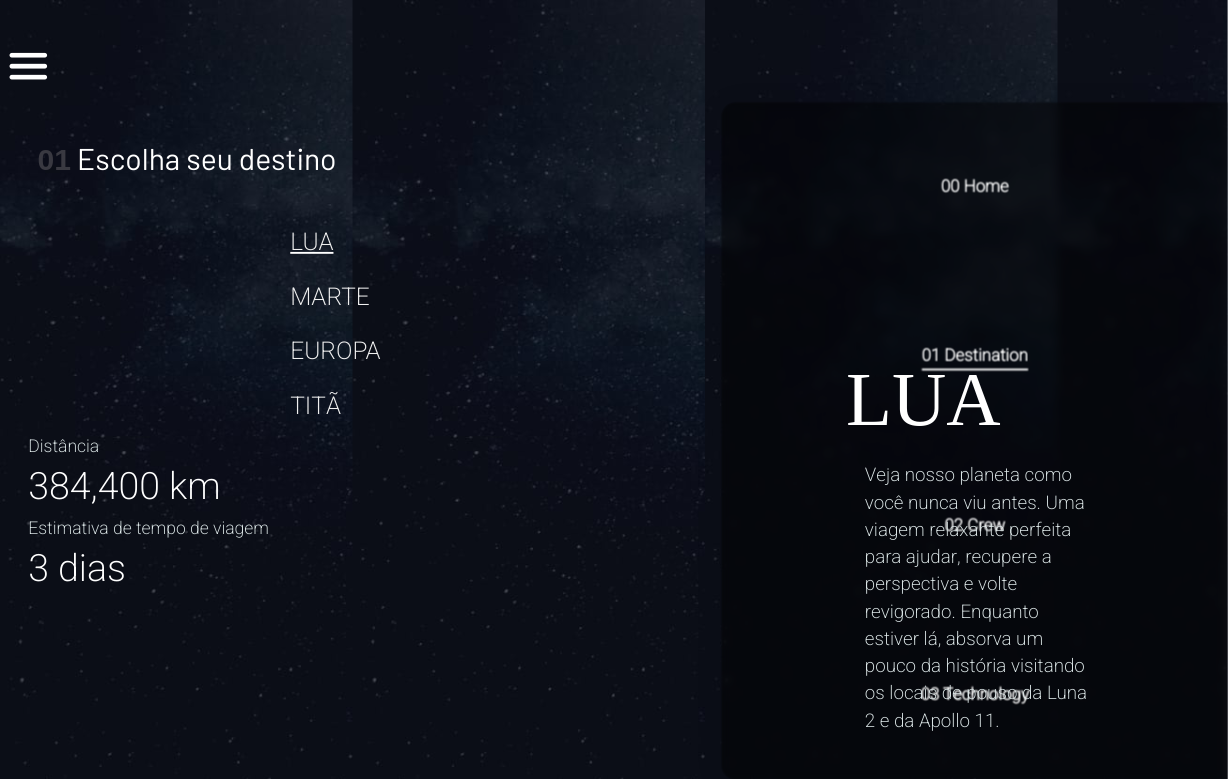
Repository: Leonngc/space-site
Page: space-tourism-website-main/space-tourism-website-main/starter-code/destination-moon.html
The author's editor kept a copy of each file at every save. The page is drawn from the files as they stood at one save, then again after the next save.
The browser window is 768 px wide. The page is 1306 px wide, so the pictures cover 1306 px, including what lies to the right of the window. The pictures show the whole page, at 94% of full size.
Some web libraries are served in a nearby version.

Above is the page before, as saved 2023-04-30 01:37:22.

### space-tourism-website-main/space-tourism-website-main/starter-code/destination-moon.html
<!DOCTYPE html>
<html lang="en">
<head>
  <meta charset="UTF-8">
  <meta name="viewport" content="width=device-width, initial-scale=1.0">

  <link rel="icon" type="image/png" sizes="32x32" href="./assets/favicon-32x32.png">
  <link rel='stylesheet' href='https://cdn-uicons.flaticon.com/uicons-bold-rounded/css/uicons-bold-rounded.css'>
  <link rel="stylesheet" href="styles/menu.css">
  <link rel="stylesheet" href="styles/destination.css">
  <script src="script/menu.js" defer></script>
  <title>Frontend Mentor | Space tourism website</title>
</head>
<body>

  <header>
    <img src="assets/shared/logo.svg" alt="" class="logo">

    <div class="line"></div>
    <nav>
      <button class="menu-button"><i class="fi fi-br-menu-burger"></i></button>
      <ul class="menu">
      <li class="item-menu"><a href="#">00 Home</a></li>
      <li class="item-menu page-active"><a href="#">01 Destination</a></li>
      <li class="item-menu"><a href="#">02 Crew</a></li>
      <li class="item-menu"><a href="#">03 Technology</a></li>
      </ul>
    </nav>

  </header>

<main>

    <h1><strong>01</strong> Escolha seu destino</h1>

    <ul class="nav-travel">
      <li class="travel-destiny page-active"><a href="">Lua</a></li>
      <li class="travel-destiny"><a href="">Marte</a></li>
      <li class="travel-destiny"><a href="">Europa</a></li>
      <li class="travel-destiny"><a href="">Titã</a></li>
    </ul>

    <div class="destination-container">
      <img src="assets/destination/image-moon.png" alt="">
      <div class="destination-info">
        <h2>Lua</h2>
        <p>
          Veja nosso planeta como você nunca viu antes. Uma viagem relaxante perfeita para ajudar,
          recupere a perspectiva e volte revigorado. Enquanto estiver lá, absorva um pouco da história
          visitando os locais de pouso da Luna 2 e da Apollo 11.
        </p>
      </div>
    </div>
   <div class="travel-container">
     <div class="info-travel">
       <h3>Distância</h3>
        <span>384,400 km</span>
     </div>

      <div class="info-travel">
        <h3>Estimativa de tempo de viagem</h3>
        <span>3 dias</span>
      </div>
   </div>

</main>
</body>
</html>

### space-tourism-website-main/space-tourism-website-main/starter-code/styles/menu.css
@import url('https://fonts.googleapis.com/css2?family=Heebo:wght@200&display=swap');

*{
    padding: 0;
    margin: 0;
}

body{
    overflow-x: hidden;
}

header{
    display: flex;
    justify-content: space-between;
}

.menu{
    margin-top: 20px;
    display: flex;
    width: 40vw ;
    height: 12vh;
    position: relative;
    list-style: none;
    background: rgba(255, 255, 255, 0.21);
    background: rgba(255, 255, 255, 0.08);
    box-shadow: 0 4px 30px rgba(0, 0, 0, 0.1);
    backdrop-filter: blur(5px);
    -webkit-backdrop-filter: blur(5px);
}

.item-menu{
    margin: auto;
}

.item-menu a{
    text-decoration: none;
    font-family: 'Heebo', sans-serif;
    color: white;
}


.line{
    background-color:  rgba(255, 255, 255, 0.21);

    height: 2px;
    width: 1110px;
    margin-top: 68px;
    margin-left: 30px;
}

.logo{
    margin-top: 30px;
    margin-left: 20px;
    width: 40px;
    height: 40px;
    padding: 20px;
}

.page-active{
    border-bottom: 2px solid white;
}

ul li > a:hover{
    font-size: 18px;
    transition: 2s;
}

.menu-button{
    display: none;
}



@media screen and (max-width: 990px){
    .line{
        display: none;
    }


    .menu{
        position: absolute;
        right: 0;
        width: 70vw;
        height: 90vh;
        display: flex;
        margin: 0;
        border-top-left-radius: 15px;
        border-bottom-left-radius: 15px;
        transform: translateX(100%);
        transition: transform 0.6s ease-in;
        background: rgba(255, 255, 255, 0.346);
        background: rgba(0, 0, 0, 0.47);
        box-shadow: 0 4px 30px rgba(0, 0, 0, 0.1);
        backdrop-filter: blur(5px);
        -webkit-backdrop-filter: blur(5px);
    }

    ul{
        flex-direction: column;
    }


    .menu li{
       color: white;
       font-size: 18px;
       font-weight: bold;
    }

    .menu-button{
        display: block;
        font-size: 40px;
        color: white;
        background: none;
        border: none;
        padding: 10px;
        margin-top: 40px;
    }

    ul.active{
        transform: translateX(0);
    }
}

### space-tourism-website-main/space-tourism-website-main/starter-code/styles/destination.css
@import url('https://fonts.googleapis.com/css2?family=Barlow&display=swap');
@import url('https://fonts.googleapis.com/css2?family=Heebo:wght@200&display=swap');
/*  font-family: 'Barlow', sans-serif;
    font-family: 'Heebo', sans-serif;
*/

:root{
    --title-font: 'Barlow';
    --paragraph-font: 'Heebo';
}

*{
    padding: 0;
    margin: 0;
}

body{
    max-width: 100vw;
    background-image: url(../assets/destination/background-destination-desktop.jpg);
}

main{
    color: white;
}

h1{
    font-family: var(--title-font);
    padding: 40px;
    font-weight: 100;
}

strong{
    color: #393941;
    font-family: Arial, Helvetica, sans-serif;
}

.nav-travel{
    width: 40vw;
    list-style: none;
    display: flex;
    float: right;
}

.nav-travel a{
    text-decoration: none;
    text-transform: uppercase;
    color: #f0f0f0;
    font-family: var(--paragraph-font);
    padding: 30px;
}

.destination-container{
    margin-left: 30px;
}

.destination-container > img{
    margin-left: 120px;
    padding: 30px;
}


.destination-info{
    width: 37vw;
    position: absolute;
    top: 380px;
    left: 900px;
}

.destination-info h2{
    font-size: 80px;
    font-weight: 200;
    font-family: serif;
    text-transform: uppercase;
}

.destination-info p{
    font-family: var(--paragraph-font);
    font-size: 20px;
    padding: 20px;
    font-weight: lighter;
    text-align: start;
    color: #dbe5e6;
}

.travel-container{
    float: right;
    display: flex;
    padding: 0px;
    flex-wrap: wrap;
    margin-bottom: 90px;
    margin-right: 100px;
}

.info-travel{
    font-family: var(--paragraph-font);
    padding: 0px 30px 0px 30px;
}


.info-travel h3{
    font-weight: lighter;
    color: #dbe5e6;
}

.info-travel > span{
    font-size: 40px;
    font-weight: lighter;
}

@media screen and (max-width: 990px){
    body{
        background-image: url(../assets/destination/background-destination-mobile.jpg);
    }

    main{
        width: 80vw;
    }

    .nav-travel{
        width: 10vw;
    }

    .nav-travel{
        float: none;
        margin: auto;
        font-size: 26px;
    }
    .nav-travel li{
        border-bottom: none;
        padding: 10px;
    }

    .nav-travel > .page-active{
        text-decoration: underline;
    }

    img{
        display: none;
    }


}

### space-tourism-website-main/space-tourism-website-main/starter-code/script/menu.js
class MobileNavbar{
    constructor(mobileMenu, navList, navLink){
        this.mobileMenu = document.querySelector(mobileMenu);
        this.navList = document.querySelector(navList);
        this.navLink = document.querySelector(navLink);
        this.activeClass = "active";
        this.handleClick = this.handleClick.bind(this)
    }

    handleClick(){
        this.navList.classList.toggle(this.activeClass);
        this.mobileMenu.classList.toggle(this.activeClass)
    }

    addClickEvent(){
        this.mobileMenu.addEventListener("click", this.handleClick);
    }

    init(){
        if(this.mobileMenu){
            this.addClickEvent();
        }
        return this;
    }
}

const mobileNavbar = new MobileNavbar(
    "nav",
    "ul",
    "ul li",
);

mobileNavbar.init()

After the next save:
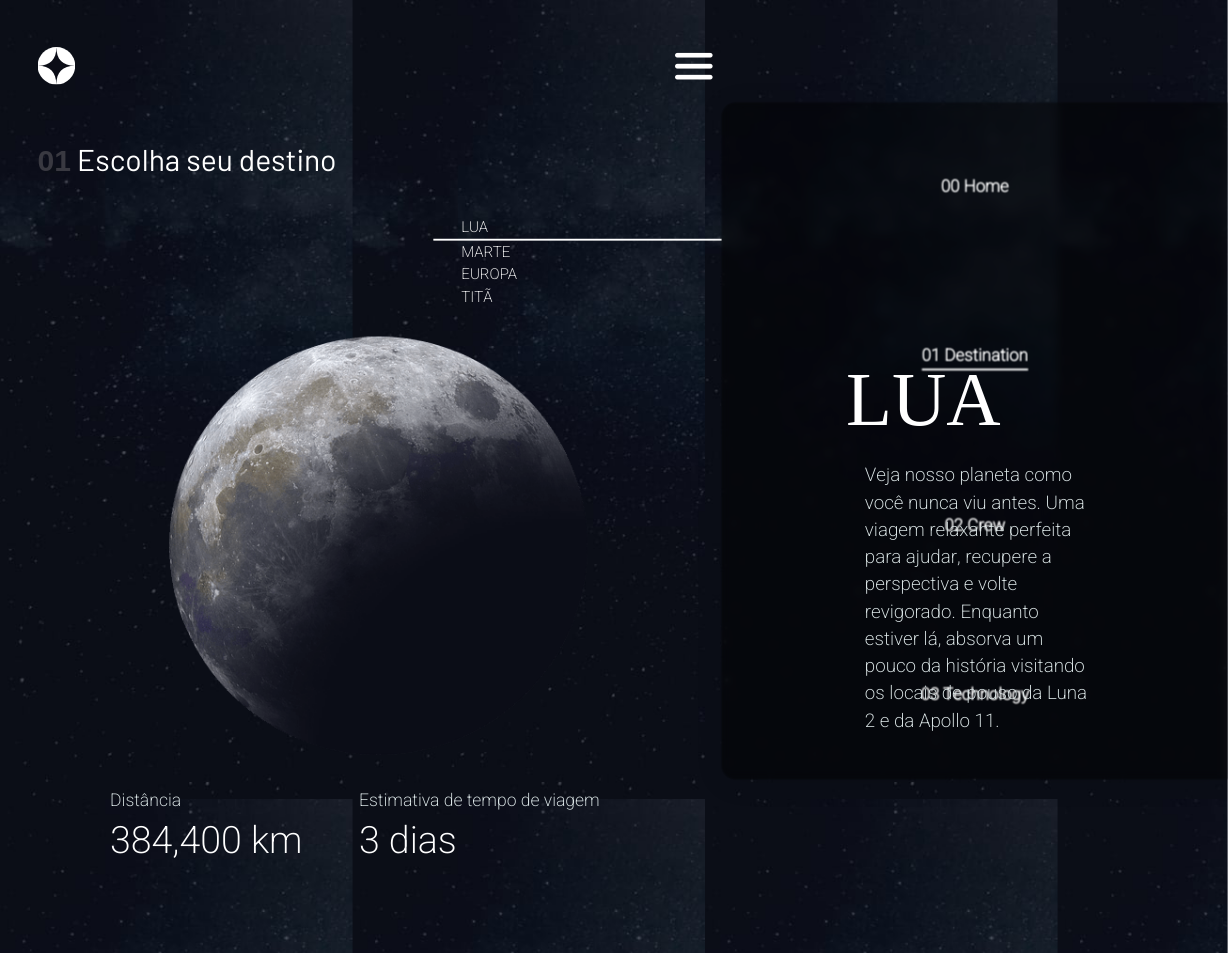
Saved 8 s later.
--- a/space-tourism-website-main/space-tourism-website-main/starter-code/styles/destination.css
+++ b/space-tourism-website-main/space-tourism-website-main/starter-code/styles/destination.css
@@ -112,31 +112,7 @@ strong{
         background-image: url(../assets/destination/background-destination-mobile.jpg);
     }
 
-    main{
-        width: 80vw;
-    }
 
-    .nav-travel{
-        width: 10vw;
-    }
-
-    .nav-travel{
-        float: none;
-        margin: auto;
-        font-size: 26px;
-    }
-    .nav-travel li{
-        border-bottom: none;
-        padding: 10px;
-    }
-
-    .nav-travel > .page-active{
-        text-decoration: underline;
-    }
-
-    img{
-        display: none;
-    }
 
 
 }
